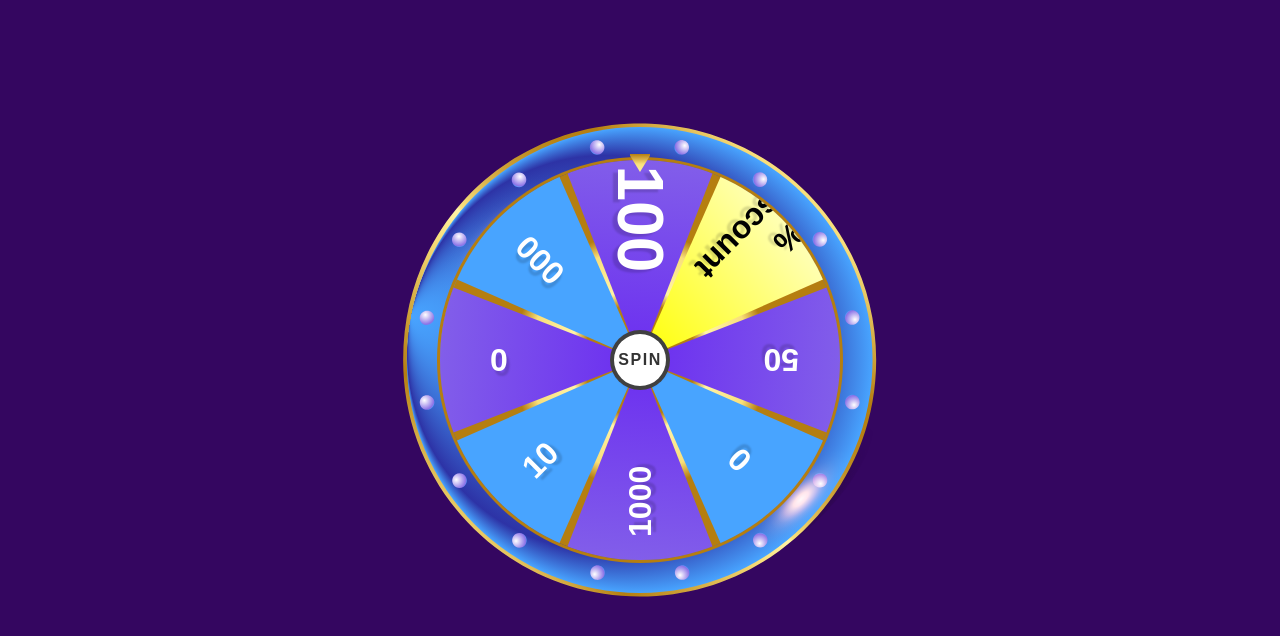
Repository: Jacques-Jaki-Morkel/FundedMarketplace_WheelofFortune
Page: index.html
An editor plug-in stored every save of this project. The page is shown before and after a run of saves, followed by the edit.
The browser window is 1280 px wide. The pictures show the whole page.

Above is the page before, as saved 2025-08-14 13:59:01.

After the next 2 saves:
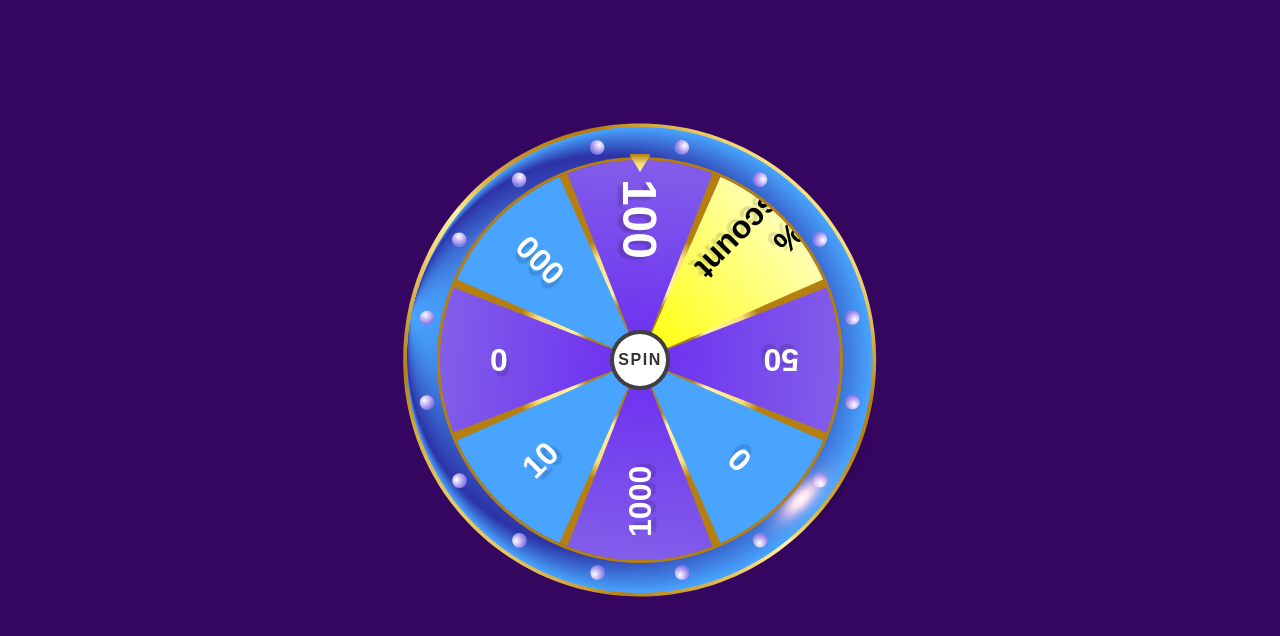
The 2 saves are shown as one change because they came seconds apart.
The last was saved 8 s later.
--- a/index.html
+++ b/index.html
@@ -16,7 +16,7 @@
         <img class="wheel-frame" src="assets/rings.svg" alt="wheel rings">
         <div class="wheel">
             <div class="number" style=" --i:1 ;">
-                <span><div><h1>100</h1></div></span>
+                <span><div><h2>100</h2></div></span>
             </div>
             <div class="number" style=" --i:2 ;--clr2: linear-gradient(var(--angle), white, yellow);">
                 <span class="ulitmatePrize">90% Discount</span>
